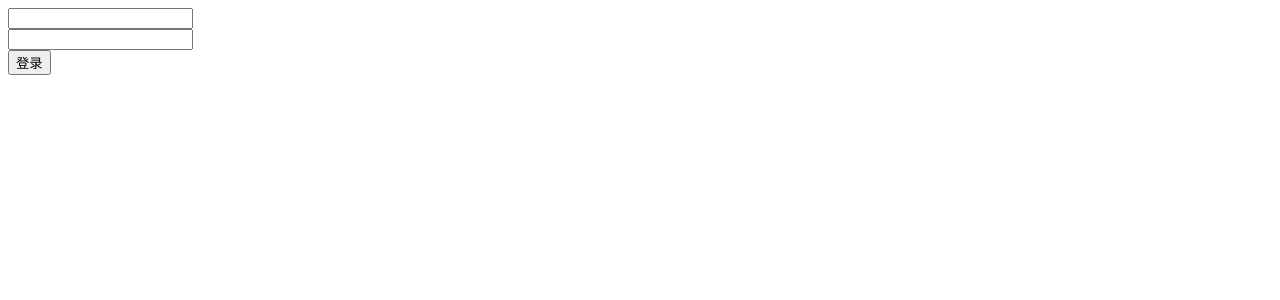
Repository: 0qiqi0/DOM-CSS-JS-JSP-study
Page: http://localhost/JSP2_02_inner_obj/request.jsp
The author's editor kept a copy of each file at every save. The page is drawn from the files as they stood at one save, then again after the next save.
The browser window is 1280 px wide. The pictures show the whole page.
The page is served by Tomcat 9.

Above is the page before, as saved 2016-01-28 13:23:00.

After the next save:
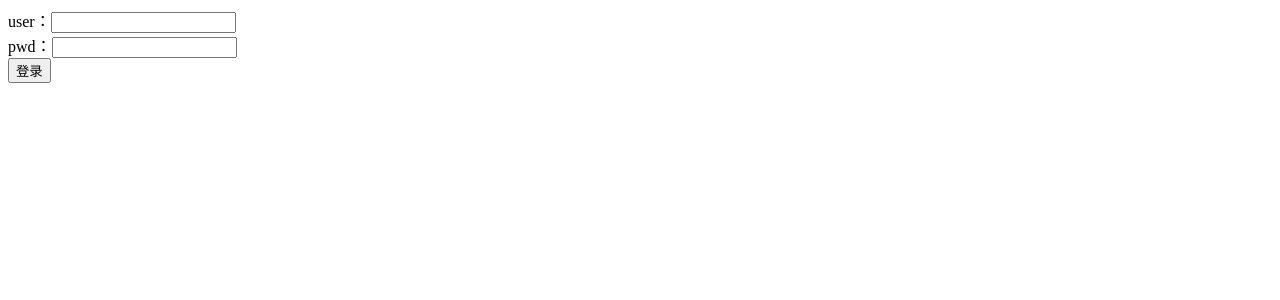
Saved 47 s later.
--- a/JSP2_02_inner_obj/WebContent/request.jsp
+++ b/JSP2_02_inner_obj/WebContent/request.jsp
@@ -8,8 +8,8 @@
 </head>
 <body>
 	<form action="request_receive.jsp">
-		<input type="text" name="user"/><br/>
-		<input type="password" name="pwd"/><br/>
+		user：<input type="text" name="user"/><br/>
+		pwd：<input type="password" name="pwd"/><br/>
 		<input type="submit" value="登录"/><br/>
 	</form>
 </body>
